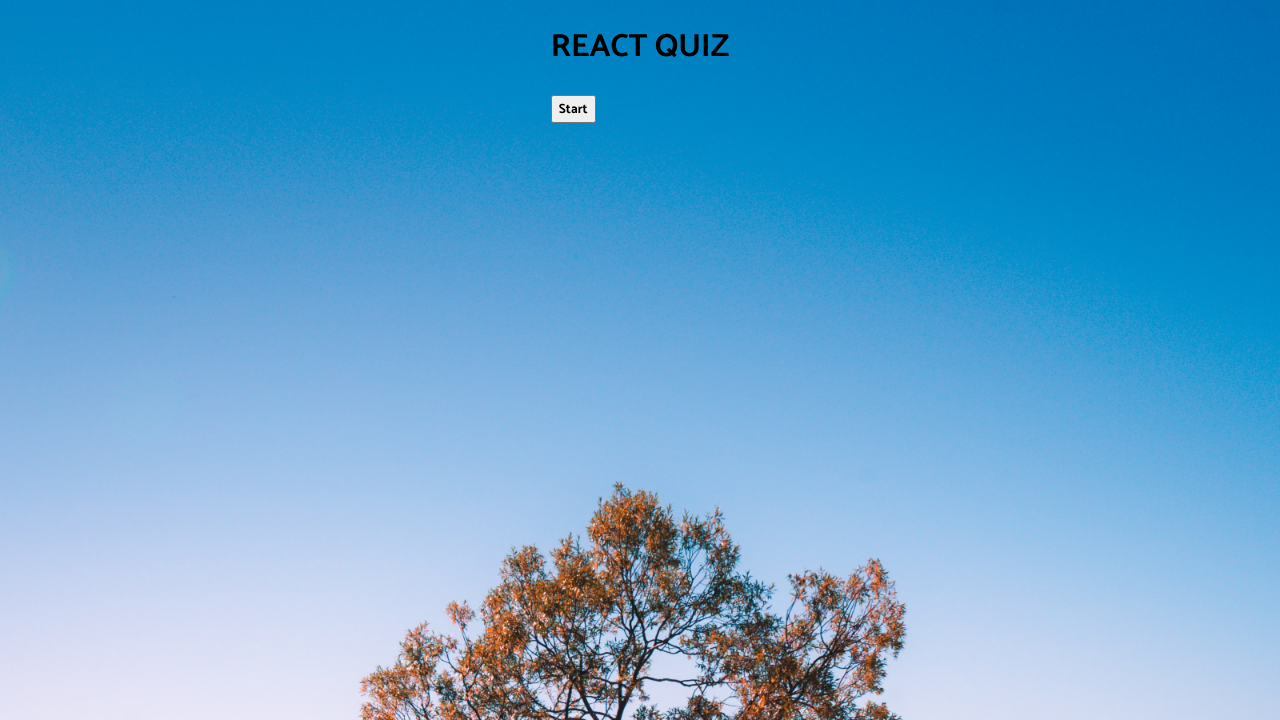
Repository: ducanhaep/ts-react-quiz
Page: /
These files come from the project's save history. The page is drawn as it stood at one moment and after the next save; the edit follows.
The browser window is 1280 px wide. The pictures show the whole page.
The project was rebuilt for these pictures with package versions that can differ from the ones it lists, and the page was loaded fresh each time. Also part of the build but not shown: src/components/QuestionCard.tsx.

Above is the page before, as saved 2021-10-16 00:36:19.

After the next save:
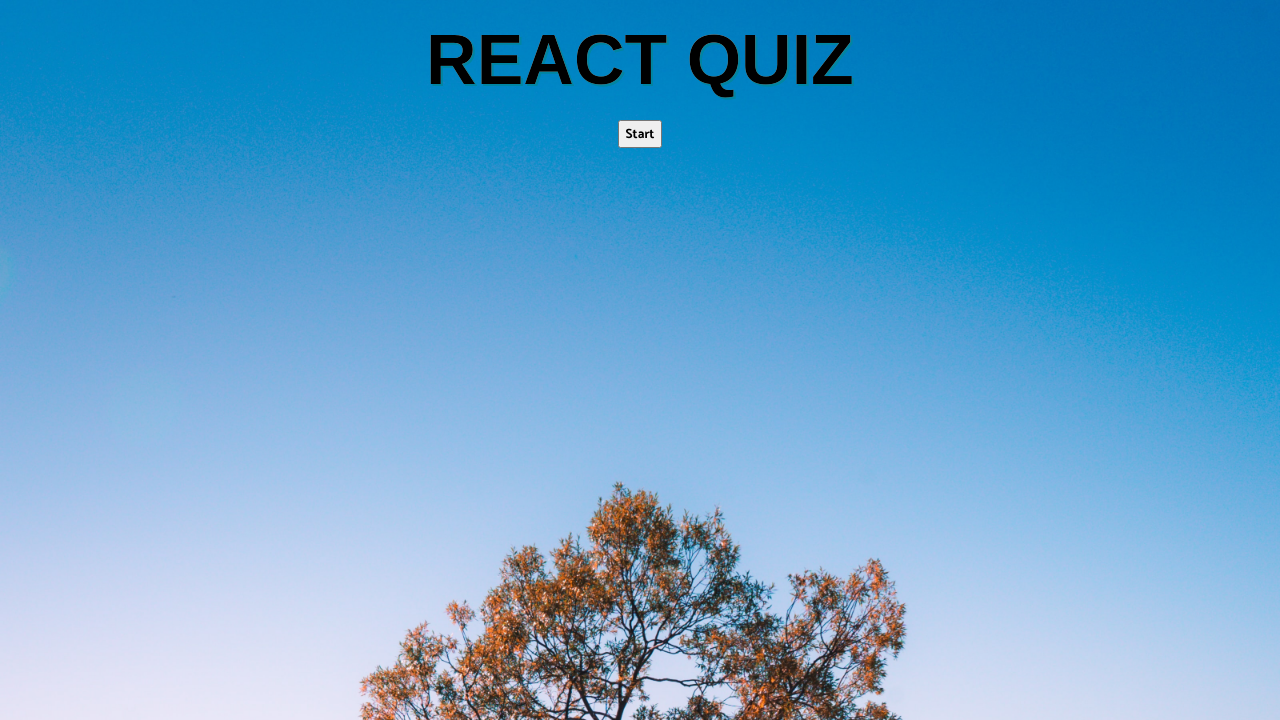
Saved 16 s later.
--- a/src/App.tsx
+++ b/src/App.tsx
@@ -5,7 +5,7 @@ import { Difficulty, QuestionState } from "./API";
 import QuestionCard from "./components/QuestionCard";
 
 // Styles
-import { GlobalStyle } from "./App.styles";
+import { GlobalStyle, Wrapper } from "./App.styles";
 export type AnswerObject = {
   question: string;
   answer: string;
@@ -76,7 +76,7 @@ function App() {
   return (
     <>
       <GlobalStyle />
-      <div className="App">
+      <Wrapper className="App">
         <h1>REACT QUIZ</h1>
         {gameOver || userAnswers.length === TOTAL_QUESTIONS ? (
           <button className="start" onClick={startTrivia}>
@@ -103,7 +103,7 @@ function App() {
             Next Questions
           </button>
         ) : null}
-      </div>
+      </Wrapper>
     </>
   );
 }
